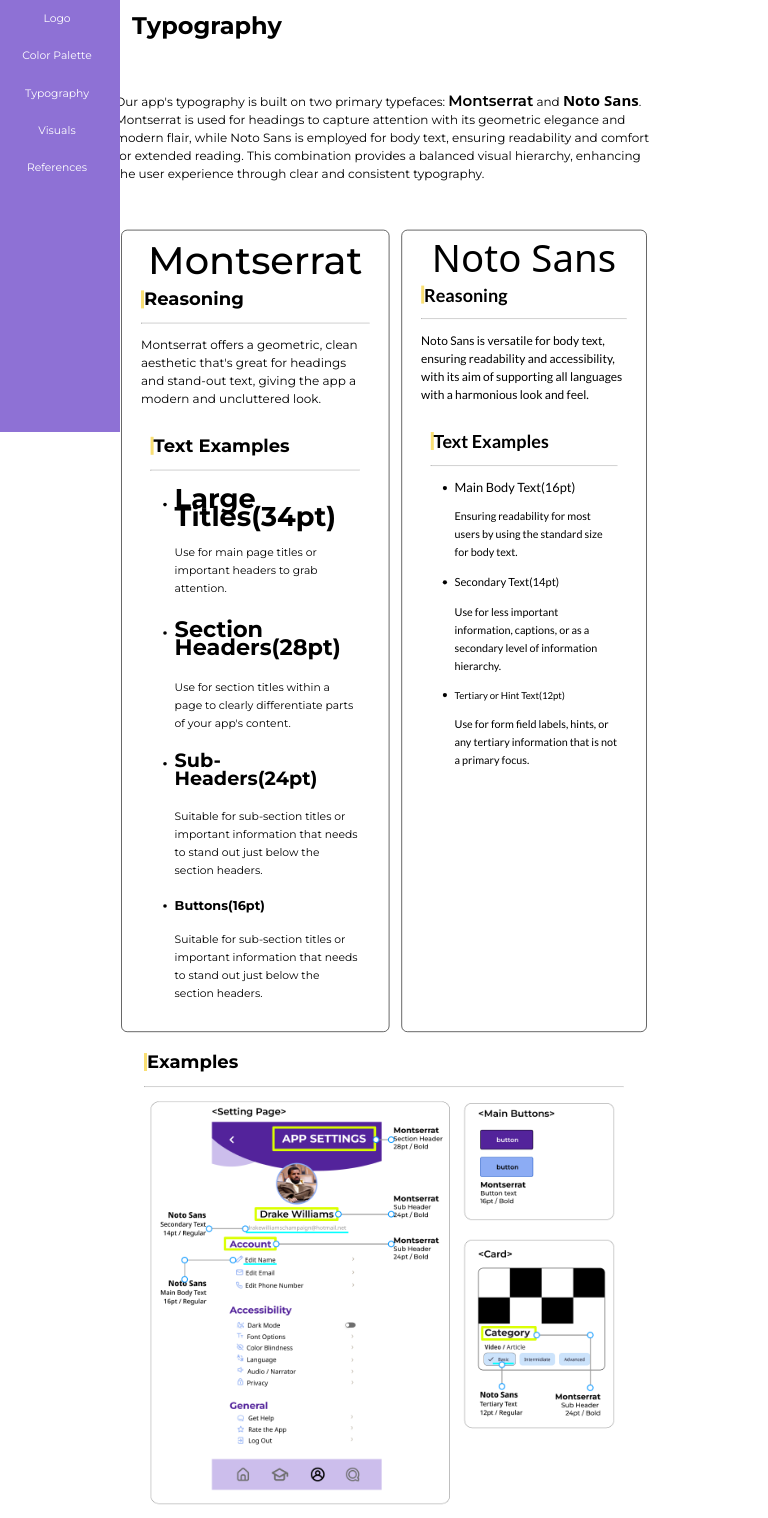
Repository: Irinalimm/PocketProfs-A5Styleguide
Page: pages/typography.html
The author's editor kept a copy of each file at every save. The page is drawn from the files as they stood at one save, then again after the next save.
The browser window is 1280 px wide. The pictures show the whole page, at 60% of full size.
Some web libraries are served in a nearby version.

Above is the page before, as saved 2024-04-10 22:39:56.

After the next save:
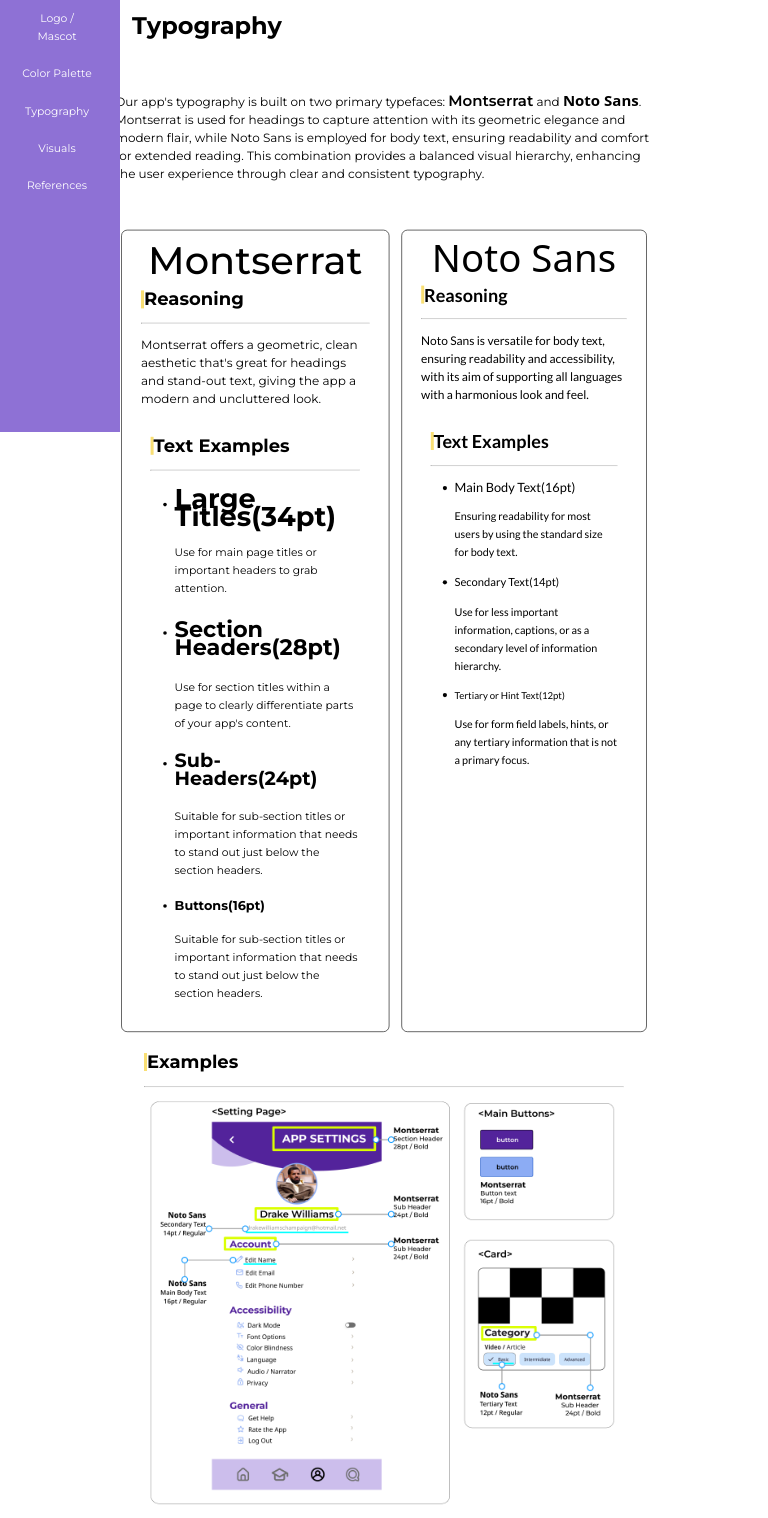
Saved 58 s later.
--- a/pages/typography.html
+++ b/pages/typography.html
@@ -19,7 +19,7 @@
 <body>
   <div class="sidenav button-effect">
     <div class="link-container">
-      <a class="effect effect-4" href="home.html">Logo</a>
+      <a class="effect effect-4" href="home.html">Logo / Mascot</a>
       <a class="effect effect-4" href="colour.html">Color Palette</a>
       <a class="effect effect-4" href="typography.html">Typography</a>
       <a class="effect effect-4" href="visuals.html">Visuals</a>
